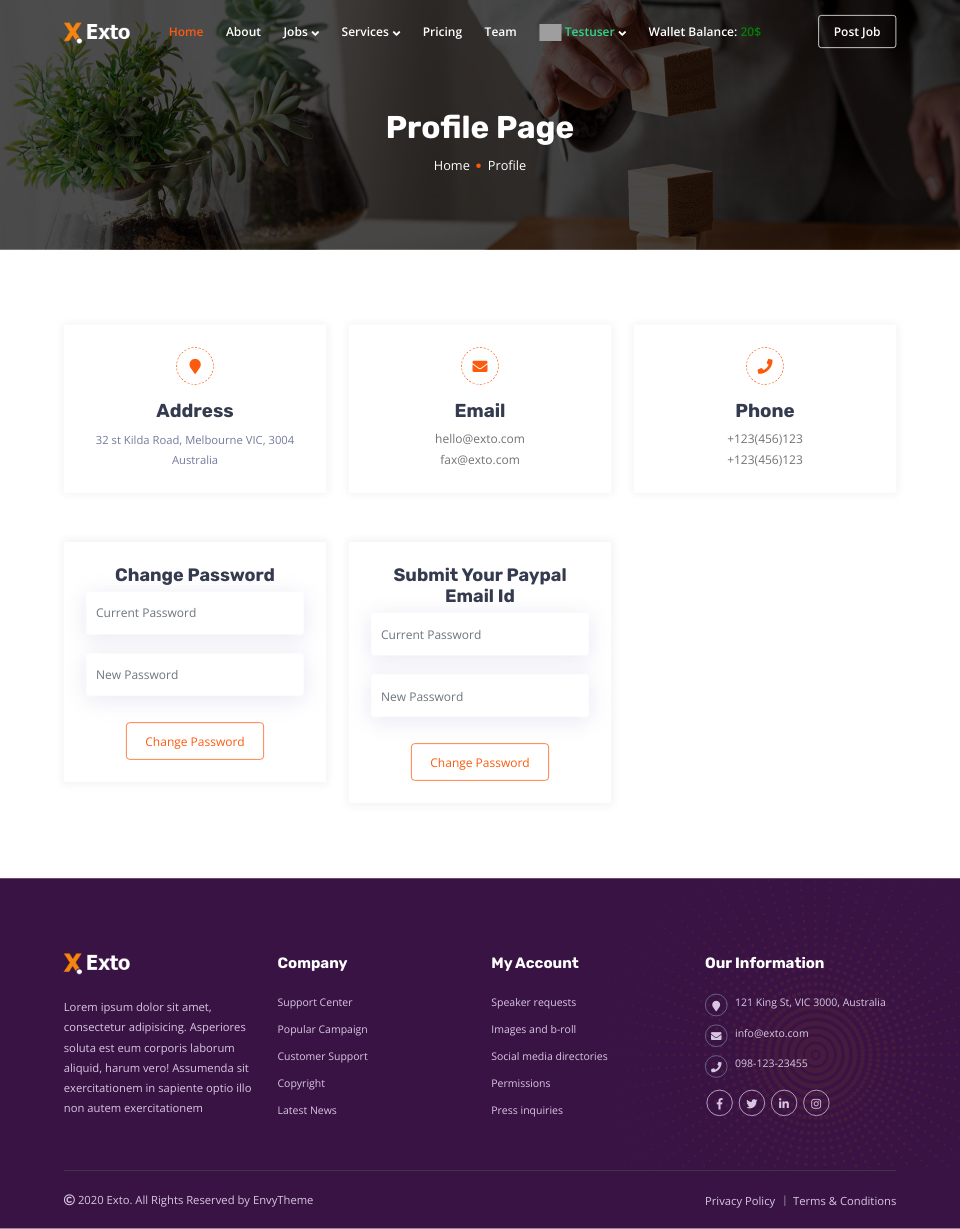
Repository: aakashrajput/XtremeWorks
Page: http://localhost/user/profile
An editor plug-in stored every save of this project. The page is shown before and after the next save, followed by the edit.
The browser window is 1280 px wide. The pictures show the whole page, at 75% of full size.
Pictures or frames that could not be fetched are drawn as grey boxes. The page is served by the project's Laravel application, run on PHP 8.4 with Laravel 8. A made-up administrator, Test User (test@example.com), is signed in. Other server files are loaded and not shown.

Above is the page before, as saved 2020-03-26 14:40:15.

### routes/web.php
<?php

use Illuminate\Support\Facades\Route;

/*
|--------------------------------------------------------------------------
| Web Routes
|--------------------------------------------------------------------------
|
| Here is where you can register web routes for your application. These
| routes are loaded by the RouteServiceProvider within a group which
| contains the "web" middleware group. Now create something great!
|
*/


//Main Site Routes

Route::get('/', function () {
    return view('site.index');
});

Route::get('/about', function () {
    return view('site.about');
});

Route::get('/user/login', function () {
    return view('site.login');
});

Route::get('/user/register', function () {
    return view('site.register');
});


Route::prefix('user')->group(function() {
    Route::post('/register', 'User\RegisterController@register')->name('user.register.submit');
    Route::post('/login', 'User\LoginController@login');
    Route::get('/home', 'User\UserHomeController@index');
    Route::get('/wallet', 'User\UserHomeController@WalletPage');
    Route::get('/profile', 'User\UserHomeController@ProfilePage');
});


Auth::routes();

Route::get('/home', 'HomeController@index')->name('home');

Auth::routes();

Route::get('/home', 'HomeController@index')->name('home');

### app/Http/Controllers/User/UserHomeController.php
<?php

namespace App\Http\Controllers\User;

use App\Http\Controllers\Controller;
use Illuminate\Http\Request;

class UserHomeController extends Controller
{
    public function __construct()
    {
        $this->middleware('auth:web');
    }

    public function index()
    {
        return view('user.index');
    }

    public function WalletPage()
    {
        return view('user.wallet');
    }

    public function ProfilePage()
    {
        return view('user.profile');
    }
}

### resources/views/user/profile.blade.php
@include('user.includes.header')

<div class="page-title-area">
    <div class="d-table">
        <div class="d-table-cell">
            <div class="container">
                <div class="page-title-content">
                    <h2>Profile Page</h2>
                    <ul>
                        <li>
                            <a href="index.html">Home</a>
                        </li>
                        <li>Profile</li>
                    </ul>
                </div>
            </div>
        </div>
    </div>
</div>
<!-- End Page Title Area -->

<!-- Start Contact Box Area -->
<section class="contact-box">
    <div class="container">
        <div class="row">
            <div class="col-lg-4 col-md-6">
                <div class="single-contact-box">
                    <i class="fa fa-map-marker"></i>
                    <div class="content-title">
                        <h3>Address</h3>
                        <p>32 st Kilda Road, Melbourne VIC, 3004 Australia</p>
                    </div>
                </div>
            </div>
            <div class="col-lg-4 col-md-6">
                <div class="single-contact-box">
                    <i class="fa fa-envelope"></i>
                    <div class="content-title">
                        <h3>Email</h3>
                        <a href="mailto:hello@exto.com">hello@exto.com</a>
                        <a href="mailto:hello@exto.com">fax@exto.com</a>
                    </div>
                </div>
            </div>
            <div class="col-lg-4 col-md-6 offset-md-3 offset-lg-0">
                <div class="single-contact-box">
                    <i class="fa fa-phone"></i>
                    <div class="content-title">
                        <h3>Phone</h3>
                        <a href="tel:+123(456)123">+123(456)123</a>
                        <a href="tel:+123(456)123">+123(456)123</a>
                    </div>
                </div>
            </div>
        </div>
    </div>
</section>
<!-- End Contact Box Area -->

<!-- Start Contact Area -->
<section class="contact-area pb-100">
    <div class="container">

        <div class="row">
            <div class="col-lg-4">
                <div class="contact-form">
                    <center><h4>Change Password</h4></center>
                    <form id="contactForm">
                        <div class="row">
                            <div class="col-lg-12">
                                <div class="form-group">
                                    <input type="text" name="name" class="form-control" placeholder="Current Password">
                                </div>
                            </div>
                            <div class="col-lg-12">
                                <div class="form-group">
                                    <input type="email" name="email" class="form-control" placeholder="New Password">
                                </div>
                            </div>
                            <div class="col-lg-12">
                                <button type="submit" class="default-btn">Change Password</button>
                            </div>
                        </div>
                    </form>
                </div>
            </div>
            <div class="col-lg-4">
                <div class="contact-form">
                    <center><h4>Submit Your Paypal Email Id</h4></center>
                    <form id="contactForm">
                        <div class="row">
                            <div class="col-lg-12">
                                <div class="form-group">
                                    <input type="text" name="name" class="form-control" placeholder="Current Password">
                                </div>
                            </div>
                            <div class="col-lg-12">
                                <div class="form-group">
                                    <input type="email" name="email" class="form-control" placeholder="New Password">
                                </div>
                            </div>
                            <div class="col-lg-12">
                                <button type="submit" class="default-btn">Change Password</button>
                            </div>
                        </div>
                    </form>
                </div>
            </div>
        </div>
    </div>
</section>
<!-- End Contact Area -->

@include('user.includes.footer')

### resources/views/user/includes/header.blade.php
<!doctype html>
<html lang="zxx">
    <head>
        <!-- Required meta tags -->
        <meta charset="utf-8">
        <meta name="viewport" content="width=device-width, initial-scale=1, shrink-to-fit=no">

        <!-- Bootstrap Min CSS -->
        <link rel="stylesheet" href="../../assets/css/bootstrap.min.css">
        <!-- Animate Min CSS -->
        <link rel="stylesheet" href="../../assets/css/animate.min.css">
        <!-- FlatIcon CSS -->
        <link rel="stylesheet" href="../../assets/css/flaticon.css">
        <!-- FlatIcon Two CSS -->
        <link rel="stylesheet" href="../../assets/css/flaticon-two.css">
        <!-- FlatIcon Three CSS -->
        <link rel="stylesheet" href="../../assets/css/flaticon-three.css">
        <!-- Odometer Min CSS -->
        <link rel="stylesheet" href="../../assets/css/odometer.min.css">
        <!-- MeanMenu CSS -->
        <link rel="stylesheet" href="../../assets/css/meanmenu.css">
        <!-- Progressbar CSS -->
        <link rel="stylesheet" href="../../assets/css/progressbar.min.css">
        <!-- Magnific Popup Min CSS -->
        <link rel="stylesheet" href="../../assets/css/magnific-popup.min.css">
        <!-- Nice Select Min CSS -->
        <link rel="stylesheet" href="../../assets/css/nice-select.min.css">
        <!-- Owl Carousel Min CSS -->
        <link rel="stylesheet" href="../../assets/css/owl.carousel.min.css">
        <!-- Font Awesome Min CSS -->
        <link rel="stylesheet" href="../../assets/css/fontawesome.min.css">
        <!-- Style CSS -->
        <link rel="stylesheet" href="../../assets/css/style.css">
        <!-- Responsive CSS -->
        <link rel="stylesheet" href="../../assets/css/responsive.css">

        <title>Exto - SEO & Marketing HTML Template</title>

        <link rel="icon" type="image/png" href="../../assets/img/favicon.png">
    </head>

    <body>

        <!-- Preloader Area -->
        <div class="preloader-area">
            <div class="spinner">
                <div class="dot1"></div>
                <div class="dot2"></div>
            </div>
        </div>
        <!-- End Preloader Area -->

        <!-- Start Navbar Area Two -->
        <div class="navbar-area-two">
            <div class="exto-responsive-nav">
                <div class="container">
                    <div class="exto-responsive-menu">
                        <div class="logo">
                            <a href="index.html">
                                <img src="../../assets/img/logo/logo-2.png" alt="logo">
                            </a>
                        </div>
                    </div>
                </div>
            </div>

            <div class="exto-nav">
                <div class="container">
                    <nav class="navbar navbar-expand-md navbar-light">
                        <a class="navbar-brand" href="index.html">
                            <img src="../../assets/img/logo/logo-2.png" alt="logo">
                        </a>
                        <div class="collapse navbar-collapse mean-menu" id="navbarSupportedContent">
                            <ul class="navbar-nav">
                                <li class="nav-item">
                                    <a href="/user/home" class="nav-link active">
                                        Home
                                    </a>
                                </li>
                                <li class="nav-item">
                                    <a href="about.html" class="nav-link">About</a>
                                </li>
                                <li class="nav-item">
                                    <a href="index-2.html#" class="nav-link">
                                        Jobs
                                        <i class="fa fa-angle-down"></i>
                                    </a>
                                    <ul class="dropdown-menu">
                                        <li class="nav-item">
                                            <a href="projects.html" class="nav-link">Explore Jobs</a>
                                        </li>
                                        <li class="nav-item">
                                            <a href="single-projects.html" class="nav-link">Post Jobs</a>
                                        </li>
                                    </ul>
                                </li>
                                <li class="nav-item">
                                    <a href="index-2.html#" class="nav-link">
                                        Services
                                        <i class="fa fa-angle-down"></i>
                                    </a>
                                    <ul class="dropdown-menu">
                                        <li class="nav-item">
                                            <a href="services.html" class="nav-link">Service</a>
                                        </li>
                                        <li class="nav-item">
                                            <a href="single-services.html" class="nav-link">Service Details</a>
                                        </li>
                                    </ul>
                                </li>
                                <li class="nav-item"><a href="about.html" class="nav-link">Pricing</a></li>
                                <li class="nav-item"><a href="about.html" class="nav-link">Team</a></li>
                                <li class="nav-item">
                                    <a href="index-2.html#" class="nav-link">
                                        <img src="https://picoworkers.com/im/web/profile_no_image.gif" alt="user avatar" width="30px">&nbsp;<span style="color:#2fd88a;">{{Auth::user()->username}}</span>
                                        <i class="fa fa-angle-down"></i>
                                    </a>
                                    <ul class="dropdown-menu">
                                        <li class="nav-item">
                                            <a href="/user/profile" class="nav-link">Profile Settings</a>
                                        </li>
                                        <li class="nav-item">
                                            <a href="/user/wallet" class="nav-link">Wallet</a>
                                        </li>
                                        <li class="nav-item">
                                            <a href="single-blog.html" class="nav-link">Logout</a>
                                        </li>
                                    </ul>
                                </li>
                                <li class="nav-item"><a href="about.html" class="nav-link">Wallet Balance: <span style="color:green;">20$</span></a></li>
                            </ul>

                            <div class="others-options saas-option">
                                <a class="saas-nav-btn" href="index-2.html#">
                                    Post Job
                                </a>
                            </div>
                        </div>
                    </nav>
                </div>
            </div>
        </div>
        <!-- End Navbar Area Two -->

### public/assets/css/flaticon.css
/*
Flaticon icon font: Flaticon
*/
@font-face {
	font-family: "Flaticon";
	src: url("../fonts/Flaticon.eot");
	src: url("../fonts/Flaticon.eot%3F") format("embedded-opentype"),
	url("../fonts/Flaticon.woff2") format("woff2"),
	url("../fonts/Flaticon.woff") format("woff"),
	url("../fonts/Flaticon.ttf") format("truetype"),
	url("../fonts/Flaticon.svg") format("svg");
	font-weight: normal;
	font-style: normal;
}
@media screen and (-webkit-min-device-pixel-ratio:0) {
	@font-face {
		font-family: "Flaticon";
		src: url("../fonts/Flaticon.svg") format("svg");
	}
}
[class^="flaticon-"]:before, [class*=" flaticon-"]:before,
[class^="flaticon-"]:after, [class*=" flaticon-"]:after {
	font-family: Flaticon;
	font-style: normal;
}

.flaticon-right-arrow:before { content: "\f100"; }
.flaticon-claim:before { content: "\f101"; }
.flaticon-lock:before { content: "\f102"; }
.flaticon-diagram:before { content: "\f103"; }
.flaticon-money:before { content: "\f104"; }
.flaticon-pen:before { content: "\f105"; }
.flaticon-refresh:before { content: "\f106"; }
.flaticon-budget:before { content: "\f107"; }
.flaticon-data:before { content: "\f108"; }
.flaticon-file:before { content: "\f109"; }
.flaticon-ruler:before { content: "\f10a"; }
.flaticon-facebook:before { content: "\f10b"; }
.flaticon-twitter:before { content: "\f10c"; }
.flaticon-linkedin:before { content: "\f10d"; }
.flaticon-instagram-logo:before { content: "\f10e"; }

### public/assets/css/flaticon-two.css
	/*
  	Flaticon icon font: Flaticon
  	Creation date: 22/12/2019 12:08
  	*/

@font-face {
	font-family: "Flaticon";
	src: url("../fonts/style-one/Flaticon.eot");
	src: url("../fonts/style-one/Flaticon.eot%3F") format("embedded-opentype"),
	url("../fonts/style-one/Flaticon.woff2") format("woff2"),
	url("../fonts/style-one/Flaticon.woff") format("woff"),
	url("../fonts/style-one/Flaticon.ttf") format("truetype"),
	url("../fonts/style-one/Flaticon.svg") format("svg");
	font-weight: normal;
	font-style: normal;
}
@media screen and (-webkit-min-device-pixel-ratio:0) {
	@font-face {
		font-family: "Flaticon";
		src: url("../fonts/style-one/Flaticon.svg") format("svg");
	}
}
[class^="flaticon-"]:before, [class*=" flaticon-"]:before,
[class^="flaticon-"]:after, [class*=" flaticon-"]:after {
	font-family: Flaticon;
	font-style: normal;
}

.flaticon-headphones:before { content: "\f100"; }
.flaticon-tag:before { content: "\f101"; }
.flaticon-cyber-security:before { content: "\f102"; }
.flaticon-innovation:before { content: "\f103"; }
.flaticon-content:before { content: "\f104"; }
.flaticon-unlink:before { content: "\f105"; }
.flaticon-data:before { content: "\f106"; }
.flaticon-goal:before { content: "\f107"; }
.flaticon-modules:before { content: "\f108"; }
.flaticon-work-time:before { content: "\f109"; }
.flaticon-it:before { content: "\f10a"; }
.flaticon-monitor:before { content: "\f10b"; }
.flaticon-appointment:before { content: "\f10c"; }
.flaticon-user:before { content: "\f10d"; }
.flaticon-dancer-motion:before { content: "\f10e"; }
.flaticon-cropping-tool:before { content: "\f10f"; }
.flaticon-brain-and-head:before { content: "\f110"; }
.flaticon-telephone:before { content: "\f111"; }
.flaticon-envelope:before { content: "\f112"; }
.flaticon-edit:before { content: "\f113"; }
.flaticon-placeholder:before { content: "\f114"; }

### public/assets/css/flaticon-three.css
	/*
  	Flaticon icon font: Flaticon
  	Creation date: 02/01/2020 10:22
  	*/

@font-face {
	font-family: "Flaticon";
	src: url("../fonts/style-two/Flaticon.eot");
	src: url("../fonts/style-two/Flaticon.eot%3F") format("embedded-opentype"),
	url("../fonts/style-two/Flaticon.woff2") format("woff2"),
	url("../fonts/style-two/Flaticon.woff") format("woff"),
	url("../fonts/style-two/Flaticon.ttf") format("truetype"),
	url("../fonts/style-two/Flaticon.svg") format("svg");
	font-weight: normal;
	font-style: normal;
}

@media screen and (-webkit-min-device-pixel-ratio:0) {
  @font-face {
		font-family: "Flaticon";
		src: url("../fonts/style-two/Flaticon.svg") format("svg");
	}
}
[class^="flaticon-"]:before, [class*=" flaticon-"]:before,
[class^="flaticon-"]:after, [class*=" flaticon-"]:after {
	font-family: Flaticon;
	font-style: normal;
}

.flaticon-industry:before { content: "\f100"; }
.flaticon-group:before { content: "\f101"; }
.flaticon-promotion:before { content: "\f102"; }
.flaticon-coffee-cup:before { content: "\f103"; }

### public/assets/css/progressbar.min.css
.circle-chart{width:150px;height:150px}.circle-chart__circle{stroke:#00acc1;stroke-width:2;stroke-linecap:square;fill:none;animation:circle-chart-fill 2s reverse;transform:rotate(-90deg);transform-origin:center}.circle-chart__circle--negative{transform:rotate(-90deg)scale(1,-1)}.circle-chart__background{stroke:#efefef;stroke-width:2;fill:none}.circle-chart__info{animation:circle-chart-appear 2s forwards;opacity:0;transform:translateY(0.3em)}.circle-chart__percent{alignment-baseline:central;text-anchor:middle;font-size:8px}.circle-chart__subline{alignment-baseline:central;text-anchor:middle;font-size:3px}.success-stroke{stroke:#ff8a00}.warning-stroke{stroke:#ffbb33}.danger-stroke{stroke:#ff4444}
@keyframes circle-chart-fill{to{stroke-dasharray:0 100}}
@keyframes circle-chart-appear{to{opacity:1;transform:translateY(0)}}

Loaded but not shown: app/Http/Controllers/Auth/LoginController.php (common file); app/Http/Controllers/Controller.php (common file); app/Http/Controllers/Auth/ConfirmPasswordController.php (common file); app/User.php (common file); public/assets/css/bootstrap.min.css (library); public/assets/css/animate.min.css (library); public/assets/css/odometer.min.css (library); public/assets/css/meanmenu.css (common file); public/assets/css/magnific-popup.min.css (library); public/assets/css/nice-select.min.css (library); public/assets/css/owl.carousel.min.css (library); public/assets/css/fontawesome.min.css (library); public/assets/css/style.css (library); public/assets/js/jquery.min.js (library); public/assets/js/popper.min.js (library); public/assets/js/bootstrap.min.js (library); public/assets/js/jquery.meanmenu.js (library); public/assets/js/jquery.appear.min.js (common file); public/assets/js/odometer.min.js (library); public/assets/js/owl.carousel.min.js (library); public/assets/js/jquery.magnific-popup.min.js (library); public/assets/js/wow.min.js (library); public/assets/js/particles.min.js (library); public/assets/js/main.js (330 lines, source omitted); public/assets/js/jquery.nice-select.min.js (4 lines, source omitted); public/assets/js/progressbar.min.js (4 lines, source omitted); public/assets/css/responsive.css (2922 lines, source omitted); resources/views/user/includes/footer.blade.php (168 lines, source omitted)

After the next save:
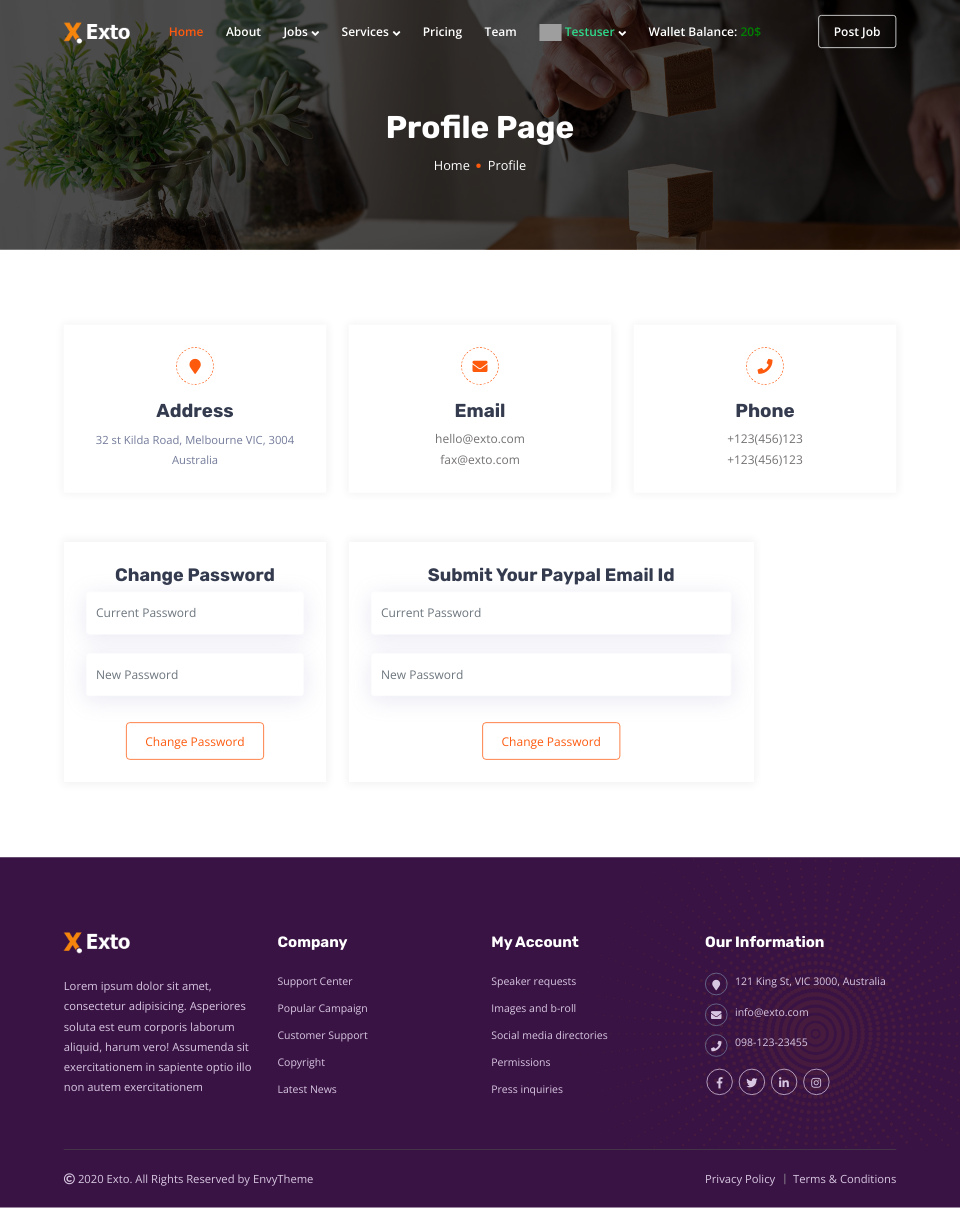
Saved 9 s later.
--- a/resources/views/user/profile.blade.php
+++ b/resources/views/user/profile.blade.php
@@ -84,7 +84,7 @@
                     </form>
                 </div>
             </div>
-            <div class="col-lg-4">
+            <div class="col-lg-6">
                 <div class="contact-form">
                     <center><h4>Submit Your Paypal Email Id</h4></center>
                     <form id="contactForm">
